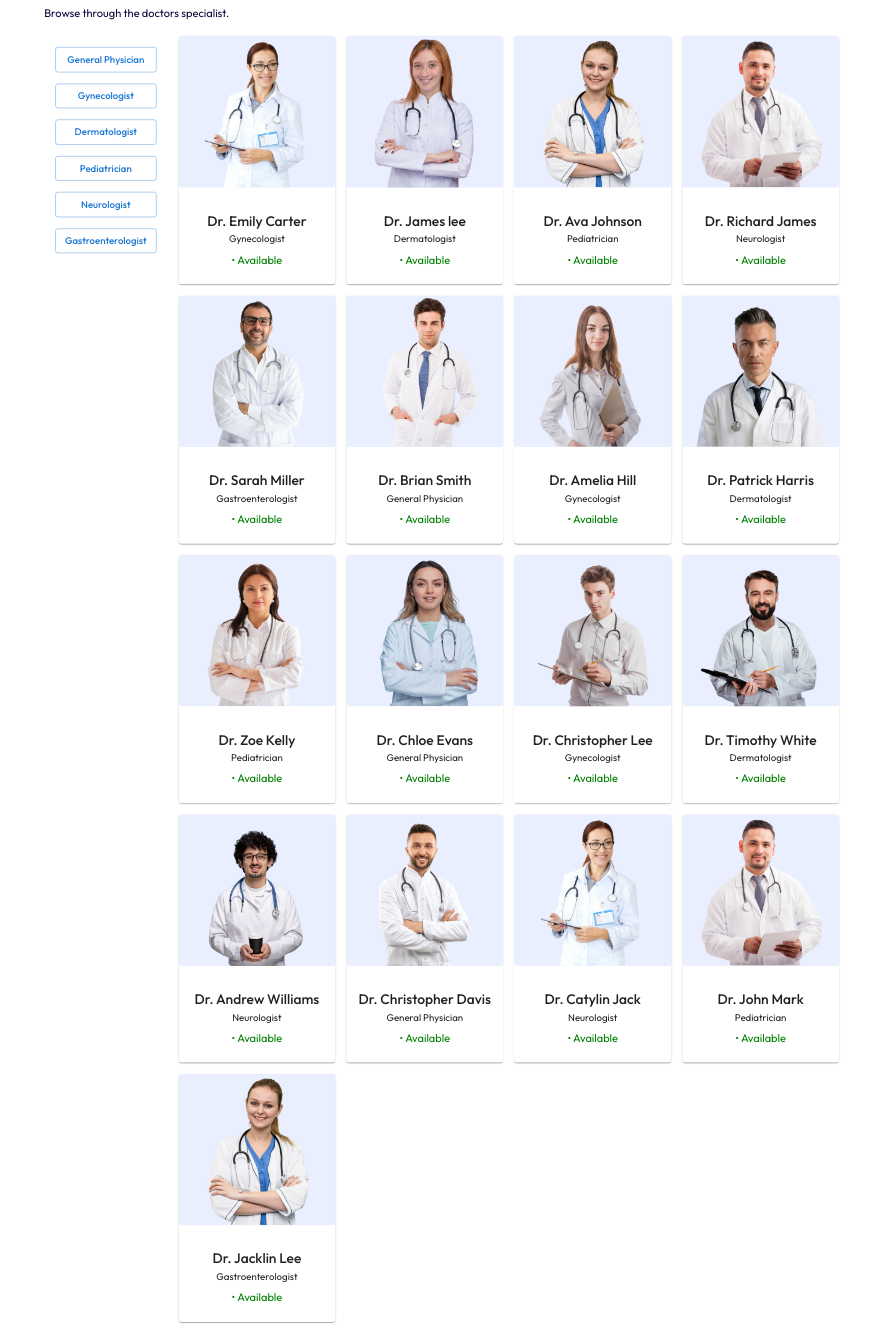
Repository: Ali-Dmerdash/DEPI_GRAD
Page: /
An editor plug-in stored every save of this project. The page is shown before and after the next save, followed by the edit.
The browser window is 1280 px wide. The pictures show the whole page, at 69% of full size.
The project was rebuilt for these pictures with package versions that can differ from the ones it lists, and the page was loaded fresh each time. Also part of the build but not shown: vite.config.ts.

Above is the page before, as saved 2024-10-05 22:33:13.

### src/App.tsx
import "./App.css";
import "react-router-dom";
import { library } from "@fortawesome/fontawesome-svg-core";
import { fab } from "@fortawesome/free-brands-svg-icons";
import { fas } from "@fortawesome/free-solid-svg-icons";
import { far } from "@fortawesome/free-regular-svg-icons";
import Doctors from "./pages/doctors/index.tsx";

function App() {
  return (
    <>
      <Doctors />
    </>
  );
}

export default App;
library.add(fab, fas, far);

### src/index.css
@import url("https://fonts.googleapis.com/css2?family=Outfit:wght@100..900&display=swap");

body {
  font-family: "Outfit", sans-serif;
  color: var(--text-color);
}

:root {
  --primary-color: #07456f;
  --secondary-color: #009f9d;
  --text-color: #0f0a3c;
  --card-button-color: #ace6f6;
  --border-color: #adadad;
}

### src/App.css
@import "./App.css";

body {
  color: var(--text-color);
}

### src/pages/doctors/index.tsx
import React, { useState } from "react";
import {
  Container,
  Grid,
  Card,
  CardContent,
  Typography,
  Box,
  CardMedia,
  Button,
} from "@mui/material";

interface Doctor {
  id: number;
  name: string;
  specialization: string;
  image: string;
  available?: boolean;
}

const doctors: Doctor[] = [
  {
    id: 1,
    name: "Dr. Emily Carter",
    specialization: "Gynecologist",
    image: "/src/pages/doctors/DEPI-React/file (2) 1.png",
    available: true,
  },
  {
    id: 2,
    name: "Dr. James lee",
    specialization: "Dermatologist",
    image: "/src/pages/doctors/DEPI-React/file (2) 2.png",
    available: true,
  },
  {
    id: 3,
    name: "Dr. Ava Johnson",
    specialization: "Pediatrician",
    image: "/src/pages/doctors/DEPI-React/file (2) 3.png",
    available: true,
  },
  {
    id: 4,
    name: "Dr. Richard James",
    specialization: "Neurologist",
    image: "/src/pages/doctors/DEPI-React/file (3) 1.png",
    available: true,
  },
  {
    id: 5,
    name: "Dr. Sarah Miller",
    specialization: "Gastroenterologist",
    image: "/src/pages/doctors/DEPI-React/file (3) 2.png",
    available: true,
  },
  {
    id: 6,
    name: "Dr. Brian Smith",
    specialization: "General Physician",
    image: "/src/pages/doctors/DEPI-React/file (3) 3.png",
    available: true,
  },
  {
    id: 7,
    name: "Dr. Amelia Hill",
    specialization: "Gynecologist",
    image: "/src/pages/doctors/DEPI-React/file (4) 1.png",
    available: true,
  },
  {
    id: 8,
    name: "Dr. Patrick Harris",
    specialization: "Dermatologist",
    image: "/src/pages/doctors/DEPI-React/file (4) 2.png",
    available: true,
  },
  {
    id: 9,
    name: "Dr. Zoe Kelly",
    specialization: "Pediatrician",
    image: "/src/pages/doctors/DEPI-React/file (4) 3.png",
    available: true,
  },
  {
    id: 10,
    name: "Dr. Chloe Evans",
    specialization: "General Physician",
    image: "/src/pages/doctors/DEPI-React/file (4) 4.png",
    available: true,
  },
  {
    id: 11,
    name: "Dr. Christopher Lee",
    specialization: "Gynecologist",
    image: "/src/pages/doctors/DEPI-React/file (5) 1.png",
    available: true,
  },
  {
    id: 12,
    name: "Dr. Timothy White",
    specialization: "Dermatologist",
    image: "/src/pages/doctors/DEPI-React/file (5) 2.png",
    available: true,
  },
  {
    id: 13,
    name: "Dr. Andrew Williams",
    specialization: "Neurologist",
    image: "/src/pages/doctors/DEPI-React/file (5) 3.png",
    available: true,
  },
  {
    id: 14,
    name: "Dr. Christopher Davis",
    specialization: "General Physician",
    image: "/src/pages/doctors/DEPI-React/file (5) 4.png",
    available: true,
  },
  {
    id: 15,
    name: "Dr. Catylin Jack",
    specialization: "Neurologist",
    image: "/src/pages/doctors/DEPI-React/file (2) 1.png",
    available: true,
  },
  {
    id: 16,
    name: "Dr. John Mark",
    specialization: "Pediatrician",
    image: "/src/pages/doctors/DEPI-React/file (3) 1.png",
    available: true,
  },
  {
    id: 17,
    name: "Dr. Jacklin Lee",
    specialization: "Gastroenterologist",
    image: "/src/pages/doctors/DEPI-React/file (2) 3.png",
    available: true,
  },
];

const specializations = [
  "General Physician",
  "Gynecologist",
  "Dermatologist",
  "Pediatrician",
  "Neurologist",
  "Gastroenterologist",
];

const Doctors: React.FC = () => {
  const [selectedSpecialization, setSelectedSpecialization] = useState<
    string | null
  >(null);

  const handleSpecializationClick = (specialization: string) => {
    setSelectedSpecialization(
      selectedSpecialization === specialization ? null : specialization
    );
  };

  const filteredDoctors = selectedSpecialization
    ? doctors.filter(
        (doctor) => doctor.specialization === selectedSpecialization
      )
    : doctors;

  return (
    <Container maxWidth="lg">
      <Grid item xs={12} md={12} mb={3}>
        Browse through the doctors specialist.
      </Grid>
      <Grid container spacing={2}>
        <Grid item xs={12} md={2}>
          <Box
            sx={{
              padding: 2,
              marginBottom: 2,
            }}
          >
            {specializations.map((specialization) => (
              <Button
                key={specialization}
                onClick={() => handleSpecializationClick(specialization)}
                variant={
                  selectedSpecialization === specialization
                    ? "contained"
                    : "outlined"
                }
                fullWidth
                sx={{
                  marginBottom: 2,
                  textTransform: "none",
                  // width: "150px",
                }}
              >
                {specialization}
              </Button>
            ))}
          </Box>
        </Grid>

        <Grid item xs={12} md={10}>
          <Grid container spacing={2}>
            {filteredDoctors.map((doctor) => (
              <Grid item xs={12} md={3} key={doctor.id}>
                <Card
                  sx={{
                    transition: "transform 0.2s",
                    "&:hover": {
                      transform: "scale(1.05)",
                      boxShadow: "0 4px 20px rgba(0,0,0,0.3)",
                    },
                  }}
                >
                  <CardMedia
                    component="img"
                    image={doctor.image}
                    alt={doctor.name}
                    sx={{
                      width: "100%",
                      height: "220px",
                      objectFit: "scale-down",
                      borderRadius: "5px",
                      backgroundColor: "#eaefff",
                    }}
                  />
                  <CardContent>
                    <Typography variant="h6" align="center" sx={{ mt: 2 }}>
                      {doctor.name}
                    </Typography>
                    <Typography variant="body2" align="center" sx={{ mb: 1 }}>
                      {doctor.specialization}
                    </Typography>
                    {doctor.available && (
                      <Typography color="green" align="center">
                        &bull; Available
                      </Typography>
                    )}
                  </CardContent>
                </Card>
              </Grid>
            ))}
          </Grid>
        </Grid>
      </Grid>
    </Container>
  );
};

export default Doctors;

Loaded but not shown: index.html (common file); src/main.tsx (common file)

After the next save:
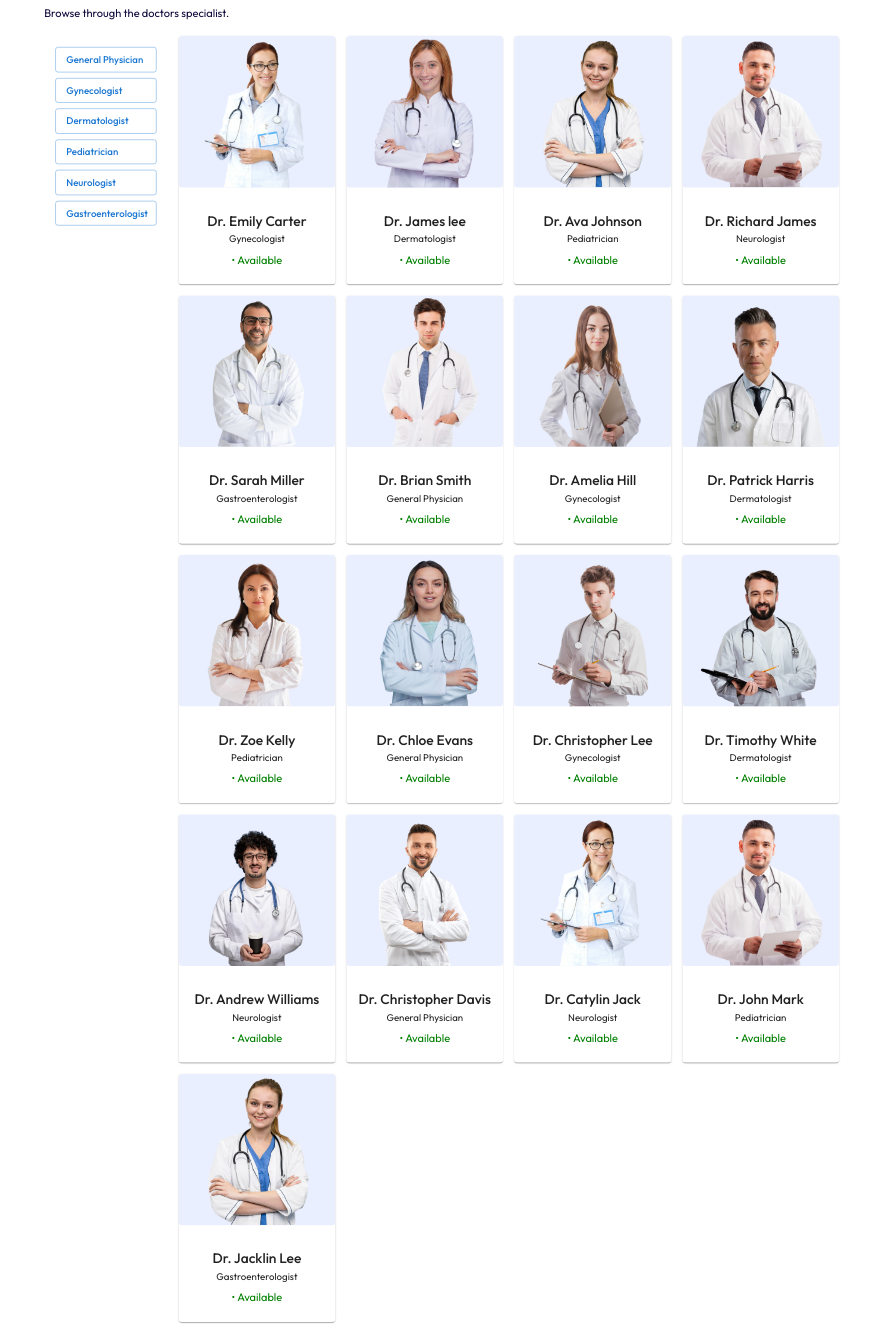
Saved 19 s later.
--- a/src/pages/doctors/index.tsx
+++ b/src/pages/doctors/index.tsx
@@ -190,9 +190,9 @@ const Doctors: React.FC = () => {
                 }
                 fullWidth
                 sx={{
-                  marginBottom: 2,
+                  marginBottom: 1,
+                  justifyContent: "flex-start",
                   textTransform: "none",
-                  // width: "150px",
                 }}
               >
                 {specialization}
